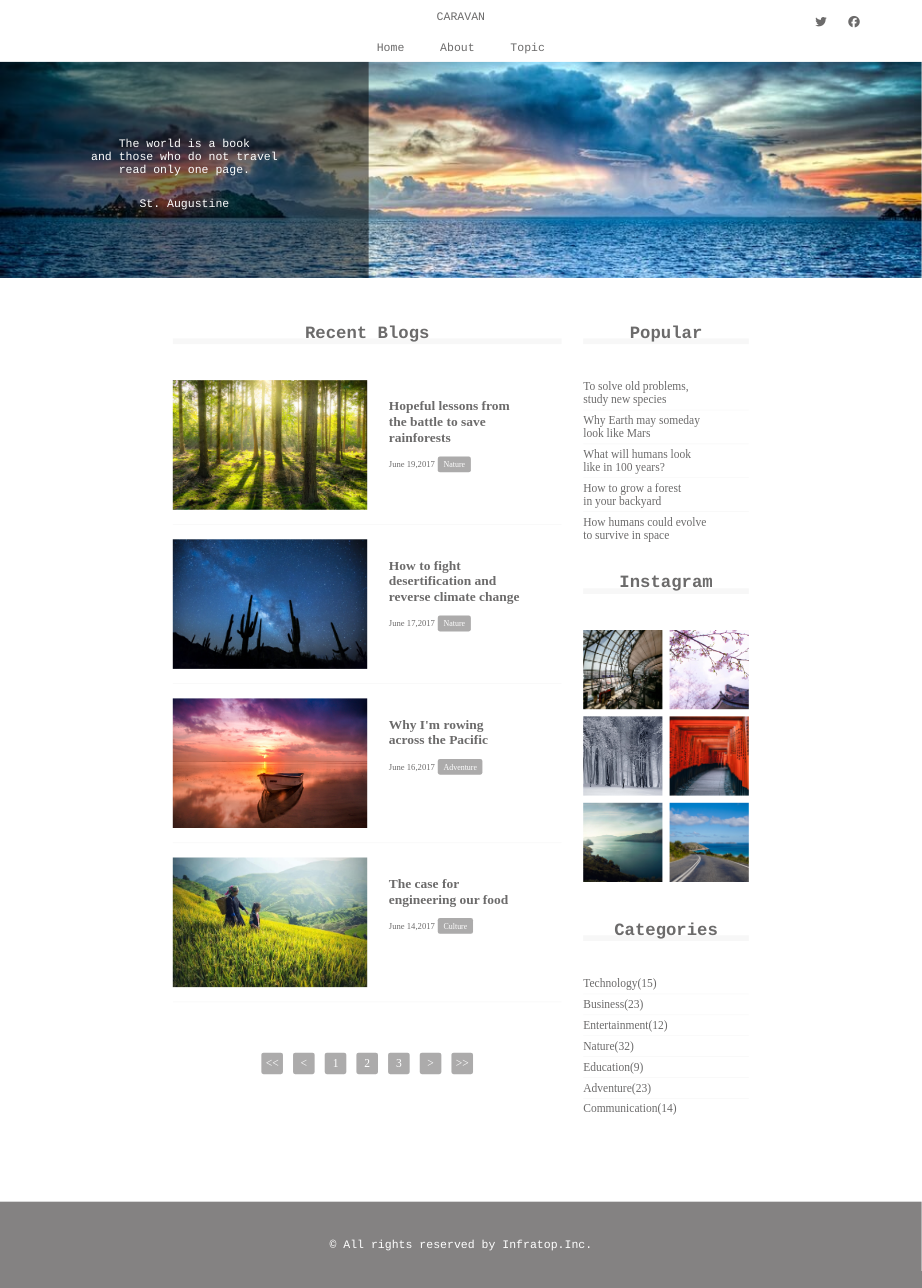
Repository: Kaori199701/-1
Page: 演習/index演習.html
The author's editor kept a record of every edit. The page is drawn from the files as they stood at one moment, then again after the next edit.
The browser window is 1280 px wide. The pictures show the whole page, at 72% of full size.
Some web libraries are served in a nearby version.

Above is the page before.

### 演習/index演習.html
<!DOCTYPE html>
<html lang="ja">
  <head>
    <meta charset="UTF-8" />

    <!-- FontAwesomeの読み込み -->
    <script src="https://kit.fontawesome.com/28849d95ea.js" crossorigin="anonymous"></script>

    <!-- CSSファイルの読み込み -->
    <link rel="stylesheet" href="style.css" />
    <title>CARAVAN</title>
  </head>

  <body>
     <!-- header -->
    <header>
      <hi class="heading">
        <a href="index.html">
          CARAVAN
        </a>
      </hi>

      <div class="social">
         <i class="fab fa-twitter"></i>
         <i class="fab fa-facebook"></i>
      </div>
    </header>

    <! --navigation-->
    <nav>
      <ul class="nav-list">
        <li class="nav-list-item">
          <a href="index.html">Home</a>
        </li>
        <li class="nav-list-item">About</li>
        <li class="nav-list-item">Topic</li>
      </ul>
    </nav>

     <!-- main-visual用のdiv -->
     <div class="main-visual">
       <div class="main-visual-content">
       <!-- pタグ（と文字）を追加 -->
        <p class="main-visual-text">
         The world is a book<br />
         and those who do not travel<br />
         read only one page.
        </p>
        <p class="main-visual-name">
         St. Augustine
        </p>
       </div>
     </div>

     <!-- main用のdiv -->
     <main>
       <!-- ブログ(左側) -->
       <section class="blog">
        <h2 class="blog-heading">Recent Blogs</h2>

        <div class="blog-box">

         <!-- 1コ目の記事-->
         <div class="blog-item">
           <img class="blog-image" src="img/forest.jpg">
           <section class="blog-text">
             <h3 class="blog-text-heading">
               <a href="single.html">
                Hopeful lessons from<br>
                the battle to save<br>
                rainforests
               </a>
             </h3>
             <p class="blog-date">June 19,2017</p>
             <span class="category">Nature</span>
           </section>
          </div>

         <!-- 2コ目の記事-->
          <div class="blog-item">
           <img class="blog-image" src="img/desert.jpg">
           <section class="blog-text">
             <h3 class="blog-text-heading">
               <a href="single.html">
                How to fight<br>
                desertification and<br>
                reverse climate change
               </a>
             </h3>
             <p class="blog-date">June 17,2017</p>
             <span class="category">Nature</span>
           </section>
          </div>
         </div>

        <!-- 3コ目の記事-->
         <div class="blog-item">
           <img class="blog-image" src="img/sunset.jpg">
           <section class="blog-text">
             <h3 class="blog-text-heading">
               <a href="single.html">
                Why I'm rowing<br>
                across the Pacific
               </a>
             </h3>
             <p class="blog-date">June 16,2017</p>
             <span class="category">Adventure</span>
           </section>
         </div>

        <!-- 4コ目の記事-->
         <div class="blog-item">
           <img class="blog-image" src="img/asia.jpg">
           <section class="blog-text">
             <h3 class="blog-text-heading">
               <a href="single.html">
                 The case for<br>
                 engineering our food
               </a>
             </h3>
             <p class="blog-date">June 14,2017</p>
             <span class="category">Culture</span>
           </section>
          </div>
         </div>
         <div class="pagination">
            <p><<</p>
            <p><</p>
            <p>1</p>
            <p>2</p>
            <p>3</p>
            <p>></p>
            <p>>></p>
         </div>
       </section>

       <!-- サイドバー(右側) -->
       <div class="sidebar">
        <selection class="popular">
          <h2 class="popular-heading common-heading">Popular</h2>
           <div class="sidebar-contents">
             <p class="popular-text">To solve old problems,<br>study new species</p>
             <p class="popular-text">Why Earth may someday<br>look like Mars</p>
             <p class="popular-text">What will humans look<br>like in 100 years?</p>
             <p class="popular-text">How to grow a forest<br>in your backyard</p>
             <p class="popular-text">How humans could evolve<br>to survive in space</p>
           </div>
        </selection>

        <selection class="instagram">
          <h2 class="instagram-heading common-heading">Instagram</h2>
           <div class="sidebar-contents">
             <div class="instagram-box"></div>
             <div class="instagram-box"></div>
             <div class="instagram-box"></div>
             <div class="instagram-box"></div>
             <div class="instagram-box"></div>
             <div class="instagram-box"></div>
           </div>
        </selection>

        <section class="categories">
          <h2 class="categories-heading common-heading">Categories</h2>
           <div class="sidebar-contents">
             <p class="categories-text">Technology(15)</p>
             <p class="categories-text">Business(23)</p>
             <p class="categories-text">Entertainment(12)</p>
             <p class="categories-text">Nature(32)</p>
             <p class="categories-text">Education(9)</p>
             <p class="categories-text">Adventure(23)</p>
             <p class="categories-text">Communication(14)</p>
           </div>
        </selection>

       </div>
     </main>

     <!-- footer -->
     <footer>
       <p class="footer-text">© All rights reserved by Infratop.Inc.</p>
     </footer>
   </body>
</html>

### caravan/style.css
/* ブラウザがそれぞれ持っているCSSをリセットするための記述 */
* {
  margin: 0;
  padding: 0;
  box-sizing: border-box;
  color: #6c6b6b;
}

a {
  text-decoration: none;
}

header, nav, h2, .main-visual, footer {
  font-family: Chalkduster, "Bradley Hand", Courier, "Segoe Print", sans-serif;
}

header {
  width: 90%; /* 横幅90% */
  padding: 15px 0;
  margin: 0 auto;
  text-align: center;
  position: relative; /* #socialの基準位置を相対位置へ変更する */
}

.social {
  position: absolute; /* headerの左上を基準に絶対位置で指定する */
  top: 22px; /* headerの左上から22px下側へ移動する */
  right: 22px; /* headerの右上から22px左側へ移動する */
}

.social i {
  display: inline-block;
  margin-left: 20px;
}

header.heading {/* headerタグ内のheadingクラスにのみ反映される */
  font-size: 32px;
}

.nav-list {
  text-align: center;
  padding: 10px 0;
  margin: 0 auto;
}

.nav-list-item {
  list-style: none;
  display: inline-block;
  margin: 0 20px;
}


.main-visual {
  width: 100%; /* 横幅いっぱい */
  height: 300px; /* 高さ300px */
  background-image: url(img/mv.jpg);
  background-size: cover;/* 縦横比を維持したまま背景領域を埋め尽くす */
  background-position:center;/* 背景画像を中央に配置 */
}

.main-visual-content {
  width: 40%; /* 横幅40% */
  height: 300px; /* 親の高さに揃える */
  background-color: rgba(0,0,0,0.5);/* 背景色を半透明の黒にする */
  text-align: center; /* 文字を中央揃えにする */
  padding-top: 105px;/* 上側の内側余白で垂直方向の位置を調整(上105px空白にする) */
}

.main-visual-text {
  color: #fff; /* 文字色を白に変更 */
}

.main-visual-name {
  margin-top: 30px; /* 上側の外側の余白 */
  color: #fff; /* 文字色を白に変更 */
}


main {
  width: 800px; /* 横幅800px */
  display: flex; /* Flexboxの利用 */
  justify-content: center; /* 要素の横並び・中央寄せ */
  margin: 0 auto; /* 要素の中央揃え */
  padding: 70px 0; /* 上下に70px、左右に0pxの内側余白 */
}

.blog {
  width: 540px;
  margin-right: 30px;/* 領域の右側余白30px*/

}

.blog-heading {
  border-bottom: 8px solid #f7f7f7;
  text-align: center;
  line-height: 0.6;
}

.blog-box {
  padding-top: 50px;
}

.blog-item {
  padding-bottom: 20px;
  margin-bottom: 20px;
  border-bottom: 1px solid #f7f7f7;
  display: flex; /* Flexboxの利用 */
  justify-content: flex-start;
}

.blog-image{
  height: 180px;
}

.blog-text {
  padding: 25px 0 0 30px;
}

.blog-text-heading {
  padding-bottom: 15px;
}

.blog-date {
  font-size: 12px;
  display: inline-block;
}

.category {
  display: inline-block;
  padding: 5px 8px;
  background-color: #acabab;
  border-radius: 3px;
  color: #fff;
  font-size: 11px;
}

.pagination {
  text-align: center;
  padding-top: 50px;
}

.pagination p {
  display: inline-block;
  width: 30px;
  height: 30px;
  margin: 0 5px;
  color: #fff;
  background-color: #acabab;
  border-radius: 3px;
  line-height: 30px;
}


.sidebar {
  width: 230px;
}

.common-heading {
  border-bottom: 8px solid #f7f7f7;
  text-align: center;
  line-height: 0.6;
}

.sidebar-contents {
  padding: 50px 0;
}

.popular-text,
.categories-text {
  padding-bottom: 5px;
  border-bottom: 1px solid #f7f7f7;
  margin-bottom: 5px;
}

.popular-text:last-child,
.categories-text:last-child {
  margin: 0;
  padding: 0;
  border: none;
}

.instagram .sidebar-contents {
  display: flex;
  flex-wrap: wrap;
}

.instagram-box {
  width: 110px;
  padding-top: 110px;
  background-size: cover;
  background-position: center;
  margin-bottom: 10px;
}

.instagram-box:nth-child(odd) {
  margin: 0 10px 10px 0;
}

.instagram-box:nth-child(1) {
  background-image: url(img/airport.jpg);
}

.instagram-box:nth-child(2) {
  background-image: url(img/japan.jpg);
}

.instagram-box:nth-child(3) {
  background-image: url(img/snow.jpg);
}

.instagram-box:nth-child(4) {
  background-image: url(img/japan2.jpg);
}

.instagram-box:nth-child(5) {
  background-image: url(img/lake.jpg);
}

.instagram-box:nth-child(6) {
  background-image: url(img/road.jpg);
}



footer {
  width: 100%; /* 横幅いっぱい */
  height: 120px; /* 高さ120px */
  text-align: center;
  line-height: 120px;
  background-color: #848282;
}

.footer-text {
  color: #fff;
}


@media screen and (max-width: 425px) {
  header {
    width: 100%;
  }

  .nav-list {
    width: 100%;
  }

  .av-list-item {
    width: 100%;
    margin: 0 0 10px 0;
  }

 .social {
    display: none;
  }

  .main-visual-content {
    width: 100%;
  }

  main {
    width: 100%;
    display: block;
  }

  .blog {
    width: 100%
    margin: 0;
  }
}

After the next edit:
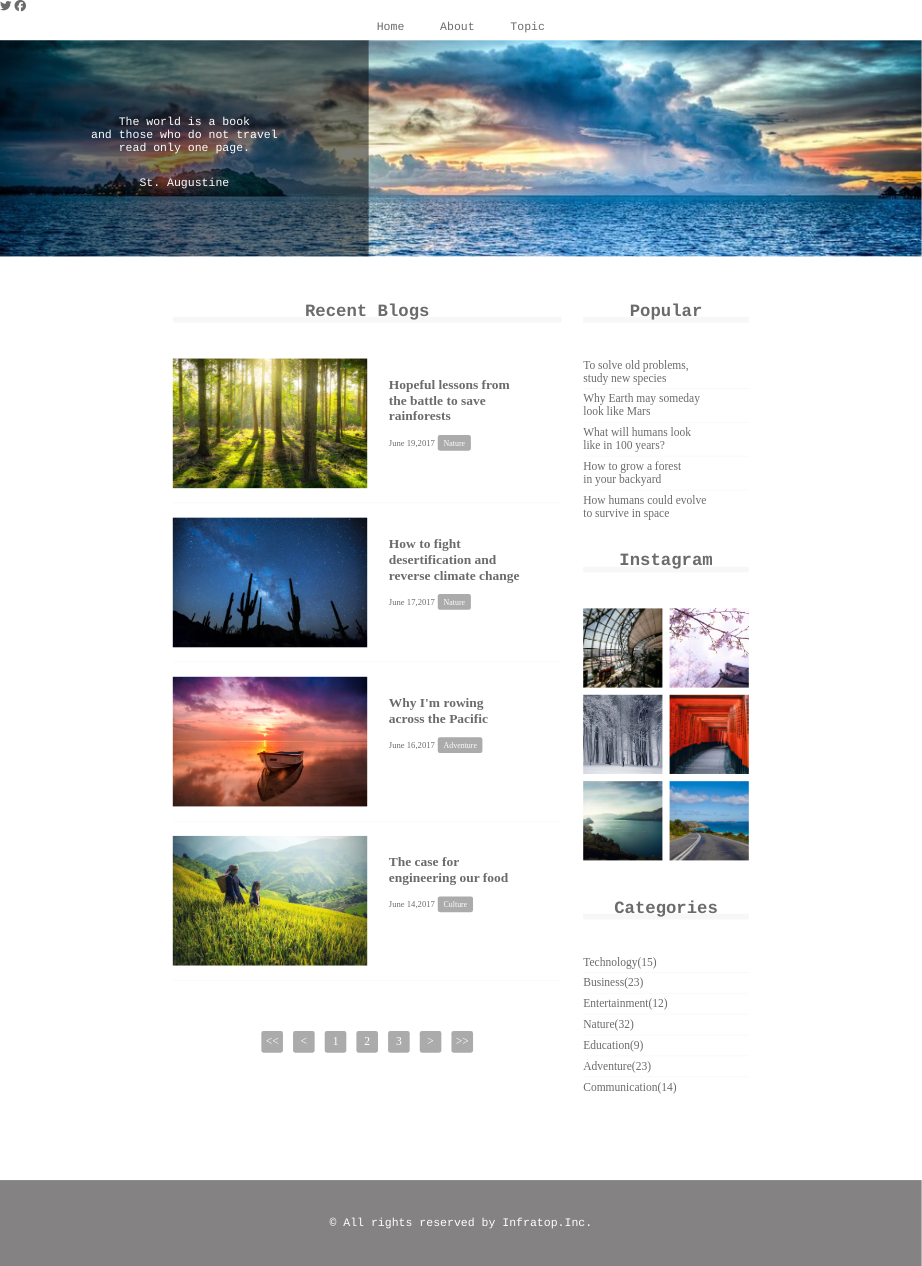
The edit:
--- a/演習/index演習.html
+++ b/演習/index演習.html
@@ -12,15 +12,6 @@
   </head>
 
   <body>
-     <!-- header -->
-    <header>
-      <hi class="heading">
-        <a href="index.html">
-          CARAVAN
-        </a>
-      </hi>
-
-      <div class="social">
          <i class="fab fa-twitter"></i>
          <i class="fab fa-facebook"></i>
       </div>
